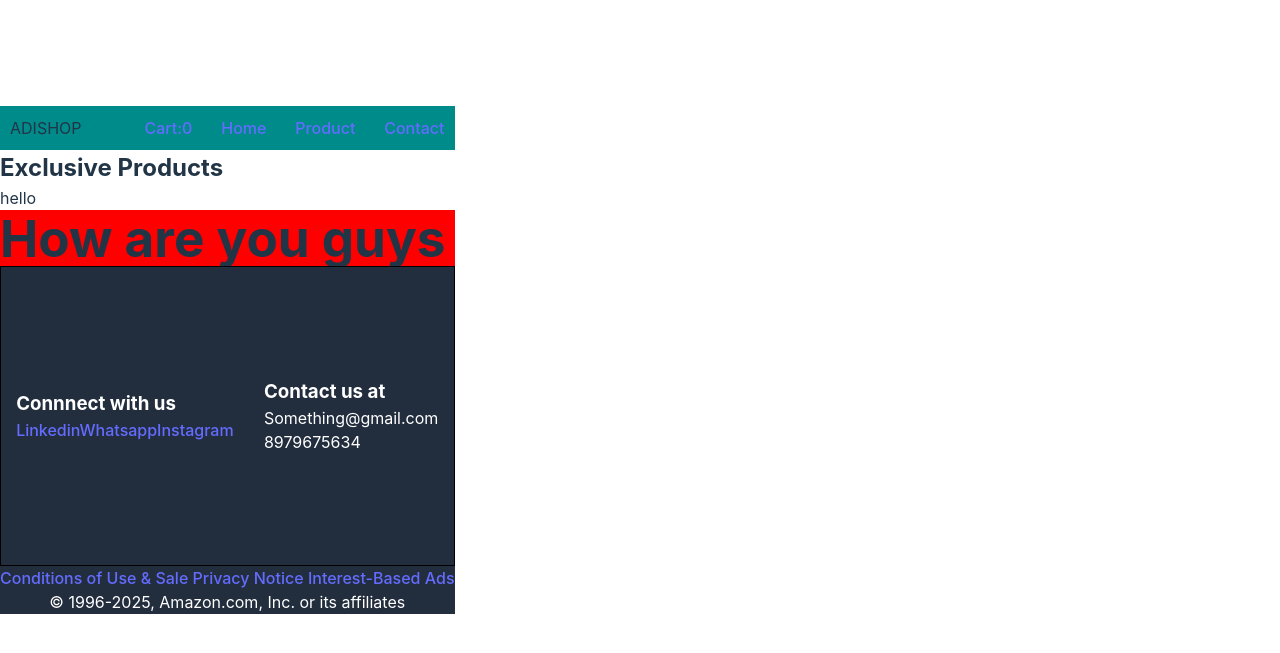
Repository: Aditya0377/React-ecommercewebsite
Page: / (app in ecommerce/)
The author's editor kept a copy of each file at every save. The page is drawn from the files as they stood at one save, then again after the next save.
The browser window is 1280 px wide. The pictures show the whole page.
The project was rebuilt for these pictures with package versions that can differ from the ones it lists, and the page was loaded fresh each time. Also part of the build but not shown: ecommerce/vite.config.js, ecommerce/src/components/Product.css, ecommerce/src/components/Product.jsx, ecommerce/src/components/Contact.css, ecommerce/src/components/Contact.jsx, ecommerce/src/components/Login.jsx. Imported but missing from the stored project, and not drawn on this page: ecommerce/src/components/Cart.

Above is the page before, as saved 2025-01-23 15:33:32.

After the next save:
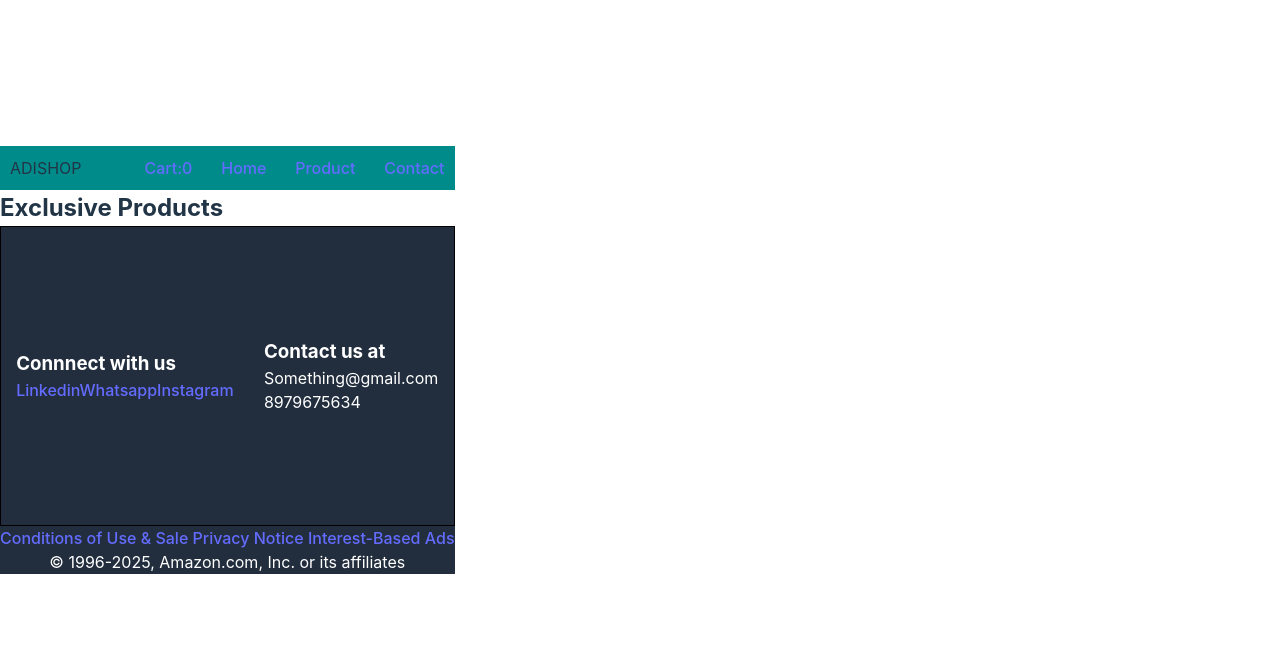
Saved 67 s later.
--- a/ecommerce/src/App.jsx
+++ b/ecommerce/src/App.jsx
@@ -7,7 +7,7 @@
 import Login from './components/Login'
 import Footer from './components/Footer'
 import Cart from './components/Cart'
-import Pracctise from './components/Pracctise'
+// import Pracctise from './components/Pracctise'
 
 
 const App = () => {
@@ -27,9 +27,10 @@
 
 
       </Routes>
-      <Pracctise>
+      {/* <Pracctise>
+      this method is known as children props
         <h1>How are you guys</h1>
-      </Pracctise>
+      </Pracctise> */}
       <Footer />
     </div>
   )
